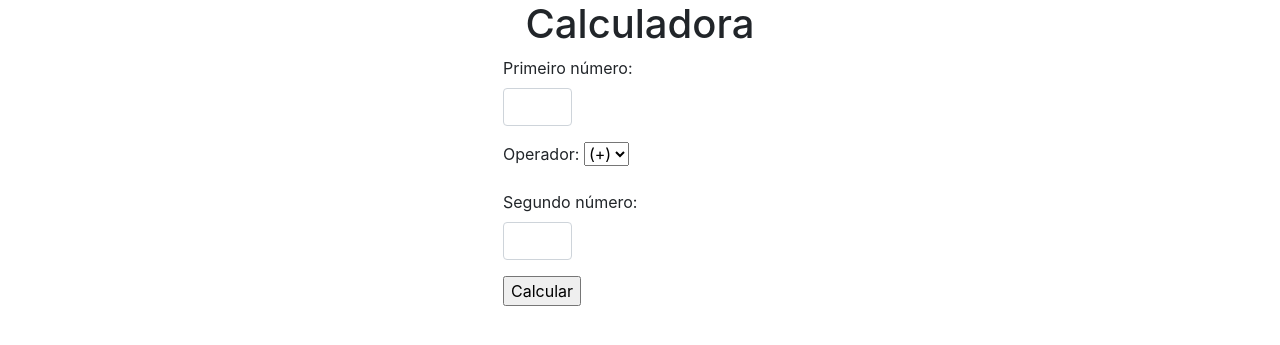
Repository: babirms/DAC
Page: Calculadora/WebContent/home.html
The author's editor kept a copy of each file at every save. The page is drawn from the files as they stood at one save, then again after the next save.
The browser window is 1280 px wide. The pictures show the whole page.

Above is the page before, as saved 2020-09-20 22:41:02.
Console error (its wording comes from the project's code and is left out).

After the next save:
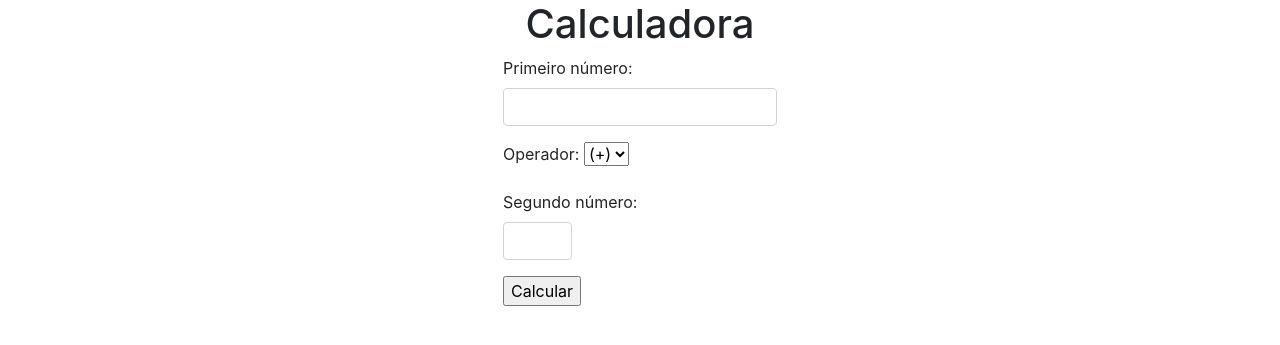
Saved 14 s later.
--- a/Calculadora/WebContent/home.html
+++ b/Calculadora/WebContent/home.html
@@ -13,7 +13,7 @@
 		<form action="CalculadoraServlet" method="get">
 			<div class="form-group">
 				<label for="primeiroNum">Primeiro número: </label> <input
-					type="number" class="form-control col-sm-3" name="primeiroValue"
+					type="number" class="form-control" name="primeiroValue"
 					id="primeiroNum ">
 			</div>
 			<div class="form-group">
